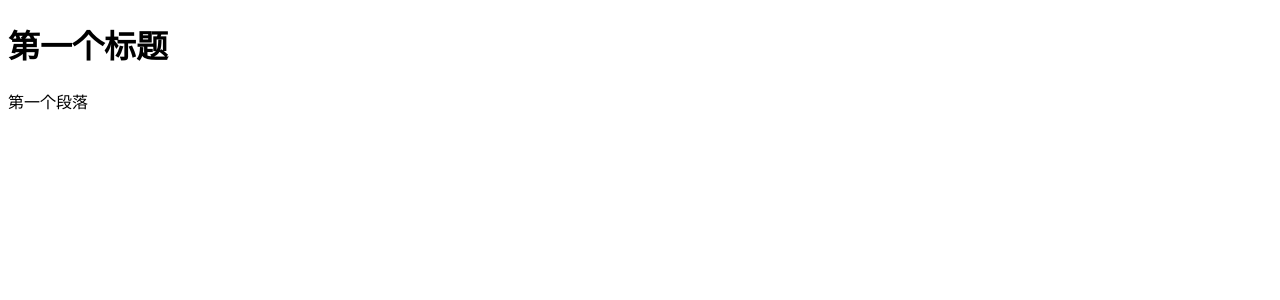
Repository: sjtu-course/homework
Page: GongZening/Week2/Web/LoginPage.html
These files come from the project's save history. The page is drawn as it stood at one moment and after the next save; the edit follows.
The browser window is 1280 px wide. The pictures show the whole page.

Above is the page before, as saved 2020-10-31 15:42:30.

### GongZening/Week2/Web/LoginPage.html
<!DOCTYPE html>
<html>
    <head>
        <meta charset="utf-8">
        <title>
            Hello World!
        </title>
    </head>
    <body>
        <h1>
            第一个标题
        </h1>
        <p>
            第一个段落
        </p>
    </body>
</html>

After the next save:
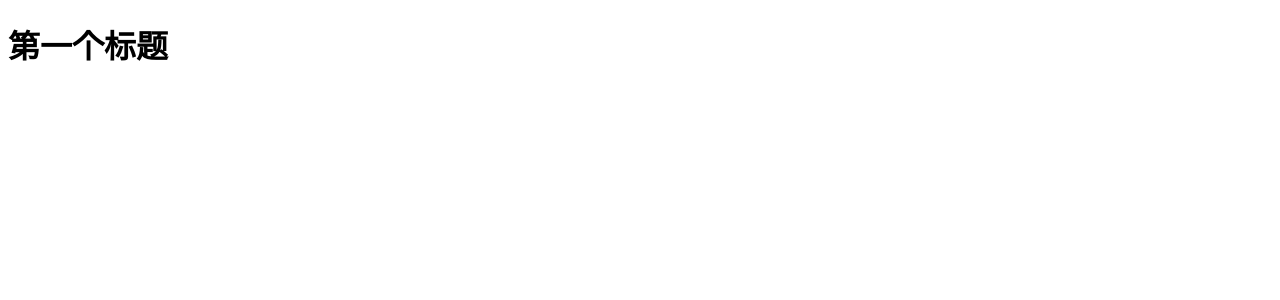
Saved 4 min 45 s later.
--- a/GongZening/Week2/Web/LoginPage.html
+++ b/GongZening/Week2/Web/LoginPage.html
@@ -10,8 +10,8 @@
         <h1>
             第一个标题
         </h1>
-        <p>
+        <!-- <p>
             第一个段落
-        </p>
+        </p> -->
     </body>
 </html>

After the save that followed:
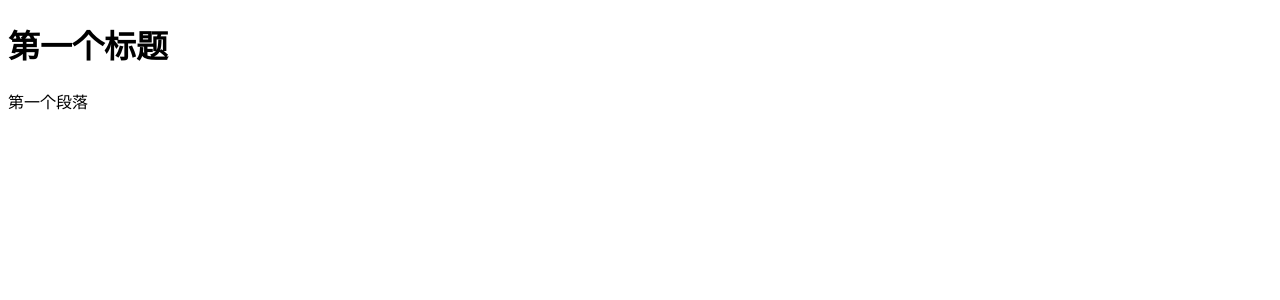
Saved 4 s later.
--- a/GongZening/Week2/Web/LoginPage.html
+++ b/GongZening/Week2/Web/LoginPage.html
@@ -10,8 +10,8 @@
         <h1>
             第一个标题
         </h1>
-        <!-- <p>
+        <p>
             第一个段落
-        </p> -->
+        </p>
     </body>
 </html>
